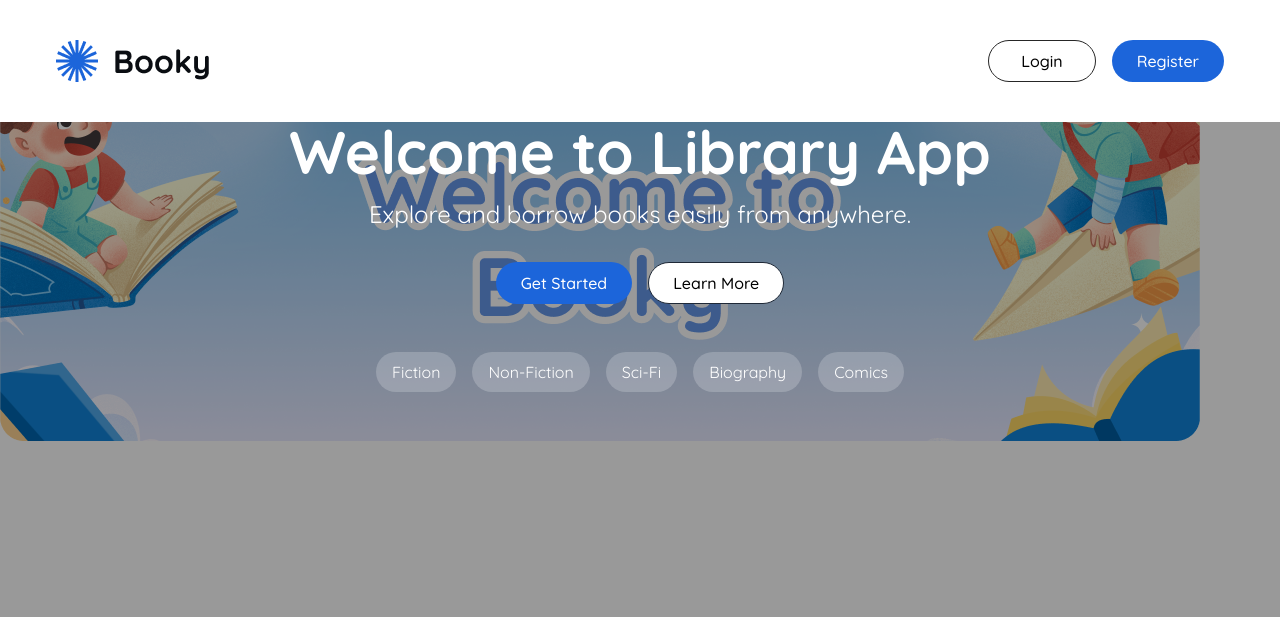
Repository: faridsyafaat/library-app
Page: /
These files come from the project's save history. The page is drawn as it stood at one moment and after the next save; the edit follows.
The browser window is 1280 px wide. The pictures show the whole page.
The project was rebuilt for these pictures with package versions that can differ from the ones it lists, and the page was loaded fresh each time. Also part of the build but not shown: vite.config.ts, src/pages/Login.tsx, src/pages/Register.tsx.

Above is the page before, as saved 2025-11-24 17:50:31.

### index.html
<!doctype html>
<html lang="en">
  <head>
    <meta charset="UTF-8" />
    <link rel="icon" type="image/svg+xml" href="/vite.svg" />
    <meta name="viewport" content="width=device-width, initial-scale=1.0" />
    <title>library-app</title>
  </head>
  <body>
    <div id="root"></div>
    <script type="module" src="/src/main.tsx"></script>
  </body>
</html>

### src/index.css
@import url('https://fonts.googleapis.com/css2?family=Quicksand:wght@300;400;500;600;700&display=swap');
@tailwind base;
@tailwind components;
@tailwind utilities;

:root {
  font-family: system-ui, Avenir, Helvetica, Arial, sans-serif;
  line-height: 1.5;
  font-weight: 400;
  font-synthesis: none;
  text-rendering: optimizeLegibility;
  -webkit-font-smoothing: antialiased;
  -moz-osx-font-smoothing: grayscale;
}

a {
  font-weight: 500;
  color: #646cff;
  text-decoration: inherit;
}
a:hover {
  color: #535bf2;
}

body {
  margin: 0;
  min-height: 100vh;
  }

h1 {
  font-size: 3.2em;
  line-height: 1.1;
}

button {
  border-radius: 8px;
  border: 1px solid transparent;
  padding: 0.6em 1.2em;
  font-size: 1em;
  font-weight: 500;
  font-family: inherit;
  background-color: #1a1a1a;
  cursor: pointer;
  transition: border-color 0.25s;
}
button:hover {
  border-color: #646cff;
}
button:focus,
button:focus-visible {
  outline: 4px auto -webkit-focus-ring-color;
}

@media (prefers-color-scheme: light) {
  :root {
    color: #213547;
    background-color: #ffffff;
  }
  a:hover {
    color: #747bff;
  }
  button {
    background-color: #f9f9f9;
  }
}

.container-custom {
  max-width: 1200px;
  margin-left: auto;
  margin-right: auto;
  padding-left: 1rem;
  padding-right: 1rem;
}

@layer base {
  body {
    @apply font-quicksand;
  }
}

### src/App.tsx
import { BrowserRouter as Router, Routes, Route, } from "react-router-dom";
import HomeBefore from "./pages/HomeBefore";
import Login from "./pages/Login";
import Register from "./pages/Register";


function App() {


  return (
    <Router>
      <Routes>
        <Route path="/" element={<HomeBefore />} />
        <Route path="/login" element={<Login />} />
        <Route path="/register" element={<Register />} />

      </Routes>
    </Router>
  );
}

export default App;

### src/pages/HomeBefore.tsx
import NavbarBefore from "@/components/layout/NavbarBefore";
import HeroSection from "@/components/sections/HeroSection";

export default function HomeBefore() {
  return (
    <div>
      <NavbarBefore />
      <HeroSection />

    </div>
  );
}

### src/components/layout/NavbarBefore.tsx
import Button from "@/components/ui/Button";
import { useNavigate } from "react-router-dom";

export default function NavbarBefore() {
  const navigate = useNavigate();

  return (
    <nav className="sticky top-0 z-50 bg-white">
      <div className="container mx-auto flex justify-between items-center py-10 px-4">
        {/* Logo */}
        <div className="flex items-left gap-2">
          <img src="/icon/booky.png" alt="Booky Logo" className="w-[155px] h-[42px]" />
        </div>

        {/* Buttons */}
        <div className="flex gap-4">
          <Button
            variant="outline"
            className="bg-white text-black border border-neutral-800 px-8 py-2"
            onClick={() => navigate("/login")}
          >
            Login
          </Button>
          <Button
            variant="default"
            className="px-10 py-2"
            onClick={() => navigate("/register")}
          >
            Register
          </Button>
        </div> {/* Tutup div buttons */}
      </div> {/* Tutup div container */}
    </nav>
  );
}

### src/components/sections/HeroSection.tsx
import Button from "@/components/ui/Button";

const bookCategories = ["Fiction", "Non-Fiction", "Sci-Fi", "Biography", "Comics"];

export default function HeroSection() {
  return (
    <section className="container">

      <div className="absolute inset-0">
        <img
          src="/image/herosection.png"
          alt="Hero Background"
          className="justify-center items-center"
        />
        <div className="absolute inset-0 bg-black/40"></div>
      </div>


      <div className="relative z-10 flex flex-col justify-center items-center h-full text-center text-white px-6">

        <h1 className="text-4xl md:text-6xl font-bold mb-4">
          Welcome to Library App
        </h1>
        <p className="text-lg md:text-2xl mb-8">
          Explore and borrow books easily from anywhere.
        </p>
        <div className="flex gap-4 mb-12">
          <Button variant="default">Get Started</Button>
          <Button variant="outline">Learn More</Button>
        </div>

        {/* Bawah: List Jenis Buku */}
        <div className="flex flex-wrap justify-center gap-4">
          {bookCategories.map((category) => (
            <span
              key={category}
              className="bg-white/20 px-4 py-2 rounded-full cursor-pointer hover:bg-white/40 transition"
            >
              {category}
            </span>
          ))}
        </div>
      </div>
    </section>
  );
}

### src/components/ui/Button.tsx
import React from "react";
import clsx from "clsx";

interface ButtonProps extends React.ButtonHTMLAttributes<HTMLButtonElement> {
  variant?: "default" | "outline" | "short";
  size?: "sm" | "md" | "lg";
}

const Button: React.FC<ButtonProps> = ({
  variant = "default",
  className,
  children,
  ...props
}) => {
  const baseStyle = "inline-flex items-center justify-center font-medium focus:outline-none rounded-full disabled:opacity-50 disabled:pointer-events-none";

  const variants: Record<string, string> = {
    default: "bg-[#1C65DA] text-white px-6 py-2 hover:bg-blue-600",
    outline: "border border-gray-800 text-black bg-white px-6 py-2 hover:bg-gray-100",
    short: "px-4 py-2 rounded-md text-sm",
  };

  return (
    <button className={clsx(baseStyle, variants[variant], className)} {...props}>
      {children}
    </button>
  );
};

export default Button;

### tailwind.config.js
/** @type {import('tailwindcss').Config} */
module.exports = {
  content: [
    "./index.html",
    "./src/**/*.{js,ts,jsx,tsx}",
  ],
  theme: {
    extend: {
      fontFamily: {
        quicksand: ["Quicksand", "sans-serif"],
      },
    },
    container: {
      center: true,
      padding: '1rem',
      screens: {
        sm: "640px",
        md: "768px",
        lg: "1200px", // container lg = 1200px
        xl: "1200px",
        "2xl": "1200px"
      }
    }
  },
  plugins: [],
};

Loaded but not shown: src/main.tsx (common file)

After the next save:
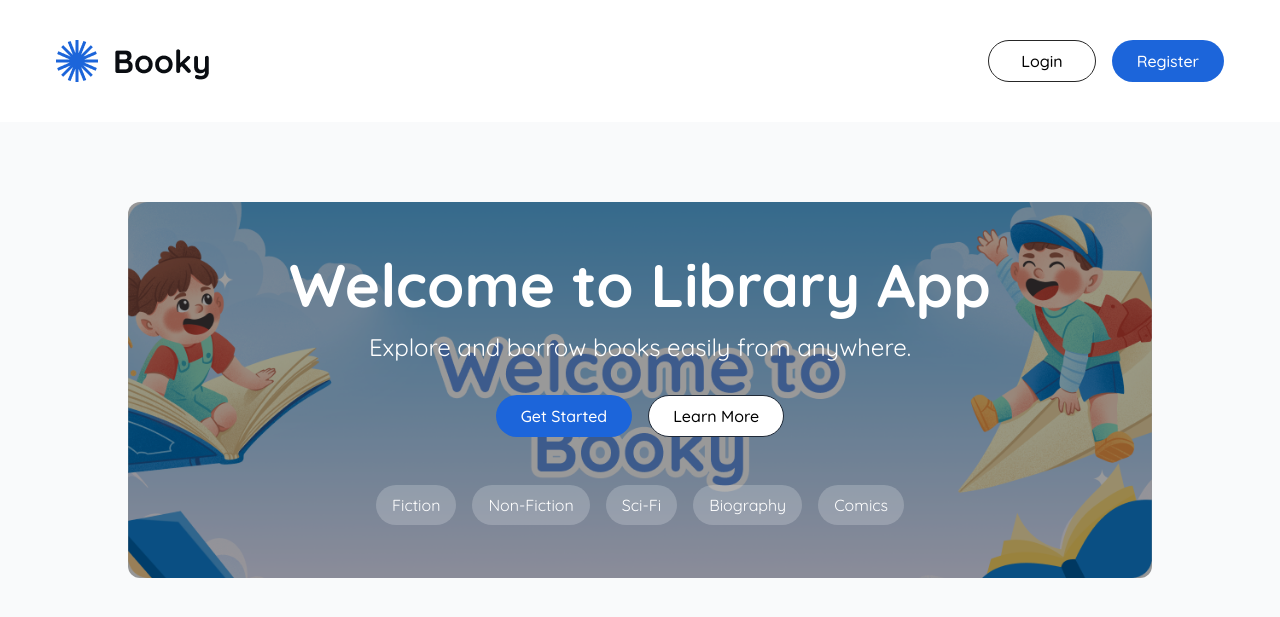
Saved 111 s later.
--- a/src/components/sections/HeroSection.tsx
+++ b/src/components/sections/HeroSection.tsx
@@ -4,41 +4,44 @@
 
 export default function HeroSection() {
   return (
-    <section className="container">
-
-      <div className="absolute inset-0">
-        <img
-          src="/image/herosection.png"
-          alt="Hero Background"
-          className="justify-center items-center"
-        />
-        <div className="absolute inset-0 bg-black/40"></div>
-      </div>
-
-
-      <div className="relative z-10 flex flex-col justify-center items-center h-full text-center text-white px-6">
-
-        <h1 className="text-4xl md:text-6xl font-bold mb-4">
-          Welcome to Library App
-        </h1>
-        <p className="text-lg md:text-2xl mb-8">
-          Explore and borrow books easily from anywhere.
-        </p>
-        <div className="flex gap-4 mb-12">
-          <Button variant="default">Get Started</Button>
-          <Button variant="outline">Learn More</Button>
+    <section className="relative py-20 bg-gray-50">
+      {/* Custom Container */}
+      <div className="container mx-auto relative flex flex-col justify-center items-center text-center">
+        {/* Hero Image */}
+        <div className="relative w-full max-w-5xl">
+          <img
+            src="/image/herosection.png"
+            alt="Hero Background"
+            className="w-full h-auto rounded-xl"
+          />
+          {/* Overlay */}
+          <div className="absolute inset-0 bg-black/40 rounded-xl"></div>
         </div>
 
-        {/* Bawah: List Jenis Buku */}
-        <div className="flex flex-wrap justify-center gap-4">
-          {bookCategories.map((category) => (
-            <span
-              key={category}
-              className="bg-white/20 px-4 py-2 rounded-full cursor-pointer hover:bg-white/40 transition"
-            >
-              {category}
-            </span>
-          ))}
+        {/* Content di atas image */}
+        <div className="absolute inset-0 flex flex-col justify-center items-center text-white px-6">
+          <h1 className="text-4xl md:text-6xl font-bold mb-4">
+            Welcome to Library App
+          </h1>
+          <p className="text-lg md:text-2xl mb-8">
+            Explore and borrow books easily from anywhere.
+          </p>
+          <div className="flex gap-4 mb-12">
+            <Button variant="default">Get Started</Button>
+            <Button variant="outline">Learn More</Button>
+          </div>
+
+          {/* List Jenis Buku */}
+          <div className="flex flex-wrap justify-center gap-4">
+            {bookCategories.map((category) => (
+              <span
+                key={category}
+                className="bg-white/20 px-4 py-2 rounded-full cursor-pointer hover:bg-white/40 transition"
+              >
+                {category}
+              </span>
+            ))}
+          </div>
         </div>
       </div>
     </section>
